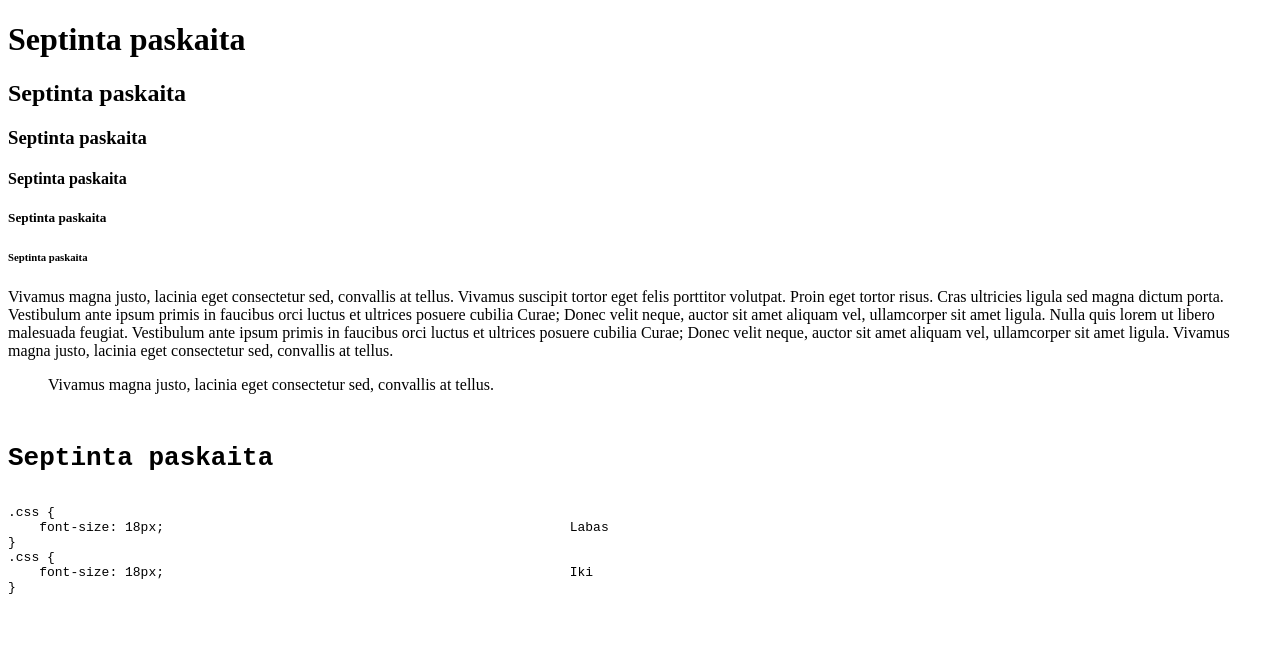
Repository: motiejus1/07-paskaita-05.31
Page: index.html
The author's editor kept a copy of each file at every save. The page is drawn from the files as they stood at one save, then again after the next save.
The browser window is 1280 px wide. The pictures show the whole page.

Above is the page before, as saved 2021-06-10 18:45:16.

### index.html
<!DOCTYPE html>
<html lang="en">
<head>
    <meta charset="UTF-8">
    <meta http-equiv="X-UA-Compatible" content="IE=edge">
    <meta name="viewport" content="width=device-width, initial-scale=1.0">
    <title>Septinta paskaita</title>
</head>
<body>
    <h1>Septinta paskaita</h1>
    <h2>Septinta paskaita</h2>
    <h3>Septinta paskaita</h3>
    <h4>Septinta paskaita</h4>
    <h5>Septinta paskaita</h5>
    <h6>Septinta paskaita</h6>

    <p>Vivamus magna justo, lacinia eget consectetur sed, convallis at tellus. Vivamus suscipit tortor eget felis porttitor volutpat. Proin eget tortor risus. Cras ultricies ligula sed magna dictum porta. Vestibulum ante ipsum primis in faucibus orci luctus et ultrices posuere cubilia Curae; Donec velit neque, auctor sit amet aliquam vel, ullamcorper sit amet ligula. Nulla quis lorem ut libero malesuada feugiat. Vestibulum ante ipsum primis in faucibus orci luctus et ultrices posuere cubilia Curae; Donec velit neque, auctor sit amet aliquam vel, ullamcorper sit amet ligula. Vivamus magna justo, lacinia eget consectetur sed, convallis at tellus.</p>

    <blockquote>Vivamus magna justo, lacinia eget consectetur sed, convallis at tellus.</blockquote>




    <pre>
        <h1>Septinta paskaita</h1>
.css {
    font-size: 18px;                                                    Labas
}
.css {
    font-size: 18px;                                                    Iki
}
    </pre>
</body>
</html>

After the next save:
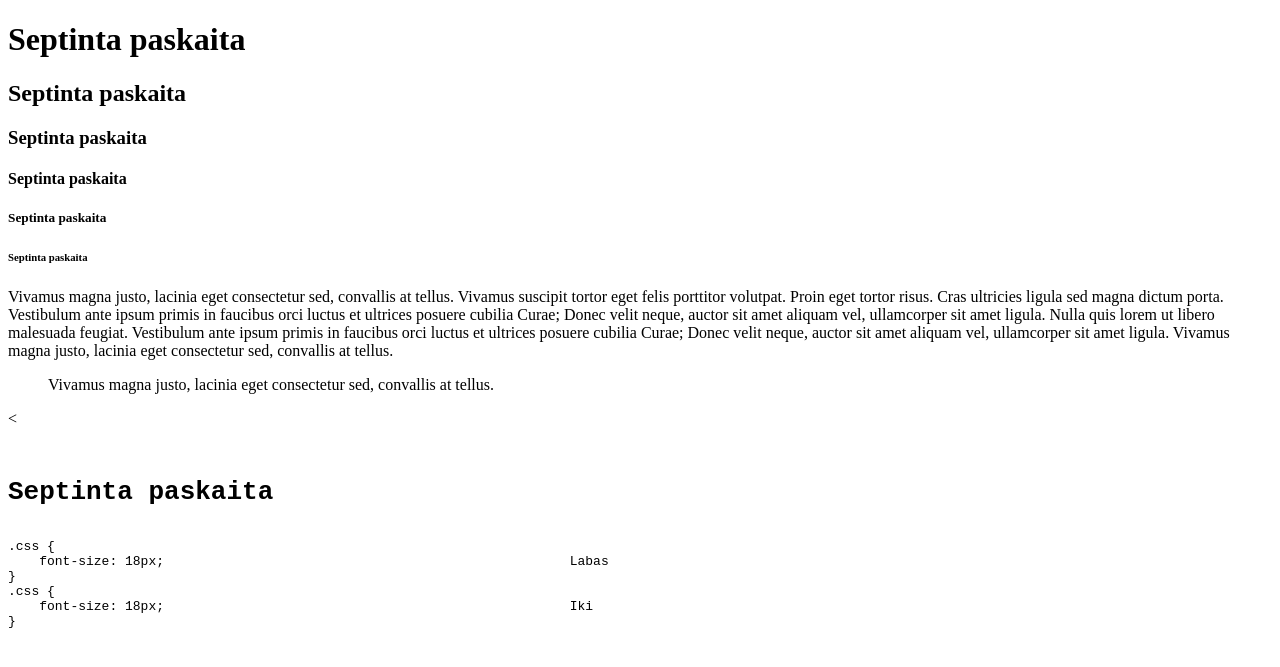
Saved 6 s later.
--- a/index.html
+++ b/index.html
@@ -19,7 +19,7 @@
     <blockquote>Vivamus magna justo, lacinia eget consectetur sed, convallis at tellus.</blockquote>
 
 
-
+    <p> <  </p>
 
     <pre>
         <h1>Septinta paskaita</h1>
